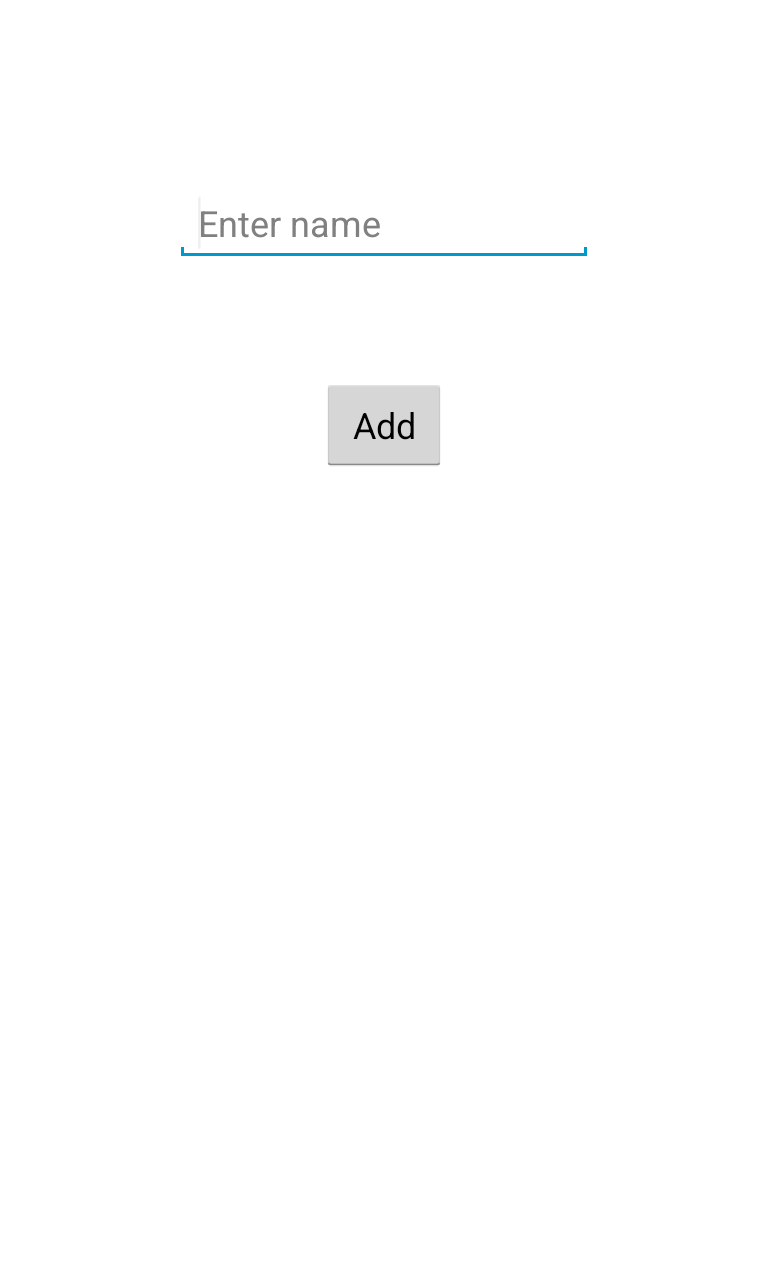
Repository: Joshiatt/IndustryOriented_MiniProject
Layout: App Data/DatabaseSample/res/layout/activity_main.xml
The author's editor kept a copy of each file at every save. The layout is drawn from the files as they stood at one save, then again after the next save.
It is drawn on a 768 x 1280 px phone screen (xhdpi) without system bars, with theme AppTheme; the app's code is not run.

Above is the layout before, as saved 2018-05-31 06:09:16.

### App Data/DatabaseSample/res/layout/activity_main.xml
<RelativeLayout xmlns:android="http://schemas.android.com/apk/res/android"
    xmlns:tools="http://schemas.android.com/tools"
    android:layout_width="match_parent"
    android:layout_height="match_parent"
    tools:context=".MainActivity" >

    <EditText
        android:id="@+id/editText1"
        android:layout_width="wrap_content"
        android:layout_height="wrap_content"
        android:layout_alignParentTop="true"
        android:layout_centerHorizontal="true"
        android:layout_marginTop="92dp"
        android:ems="10"
        android:inputType="textPersonName"
        android:hint="Enter name">

        <requestFocus />
    </EditText>

    <Button
        android:id="@+id/button1"
        android:layout_width="wrap_content"
        android:layout_height="wrap_content"
        android:layout_below="@+id/editText1"
        android:layout_centerHorizontal="true"
        android:layout_marginTop="57dp"
        android:text="Add" />

</RelativeLayout>

Loaded but not shown: App Data/DatabaseSample/res/values/styles.xml (common file); App Data/DatabaseSample/res/values-v11/styles.xml (common file); App Data/DatabaseSample/res/values-v14/styles.xml (common file)

After the next save:
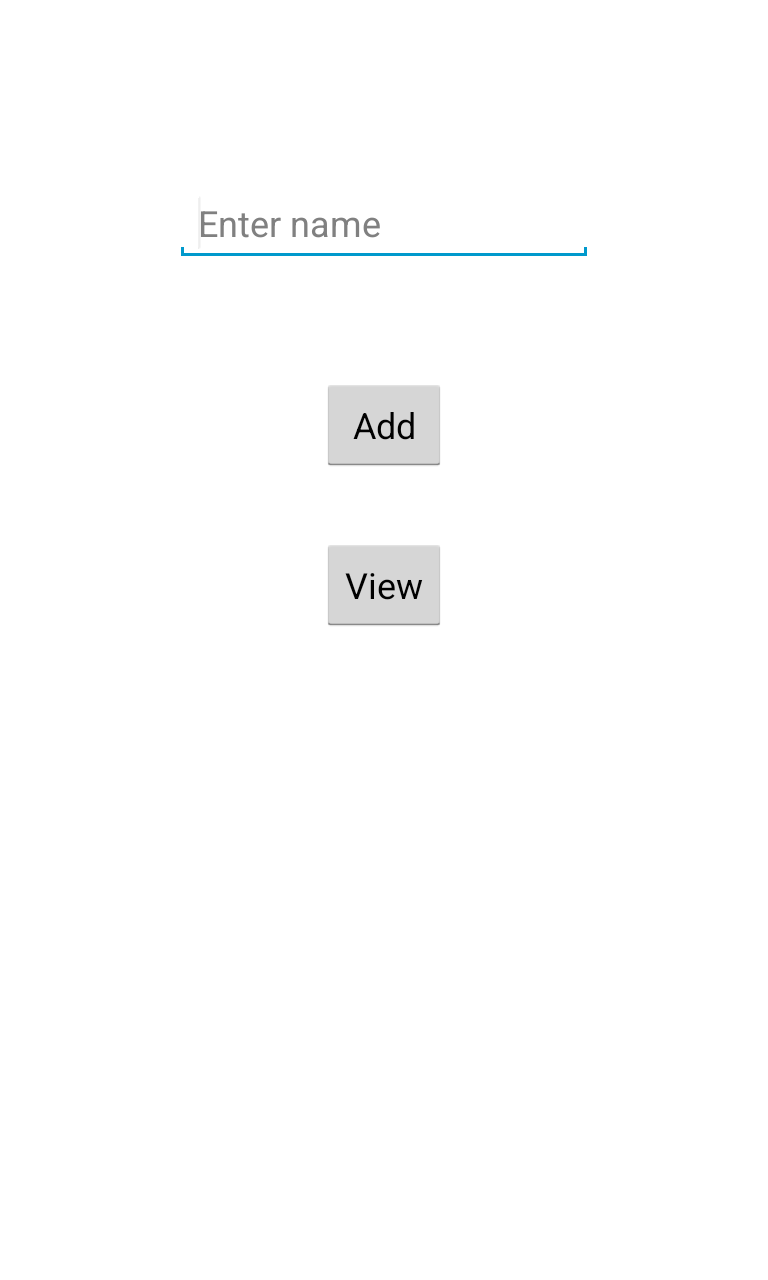
Saved 109 min 36 s later.
--- a/App Data/DatabaseSample/res/layout/activity_main.xml
+++ b/App Data/DatabaseSample/res/layout/activity_main.xml
@@ -27,4 +27,13 @@
         android:layout_marginTop="57dp"
         android:text="Add" />
 
+    <Button
+        android:id="@+id/button2"
+        android:layout_width="wrap_content"
+        android:layout_height="wrap_content"
+        android:layout_alignLeft="@+id/button1"
+        android:layout_below="@+id/button1"
+        android:layout_marginTop="32dp"
+        android:text="View" />
+
 </RelativeLayout>
